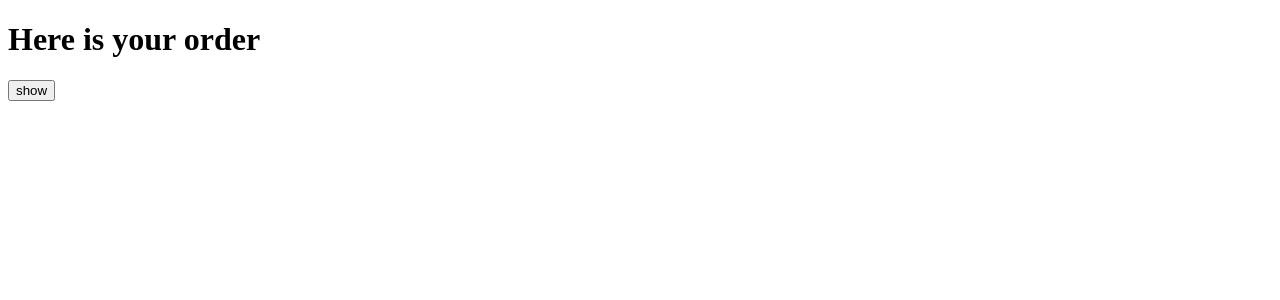
Repository: boschierob/order-app
Page: read.html
The author's editor kept a copy of each file at every save. The page is drawn from the files as they stood at one save, then again after the next save.
The browser window is 1280 px wide. The pictures show the whole page.

Above is the page before, as saved 2023-01-01 18:15:15.

After the next save:
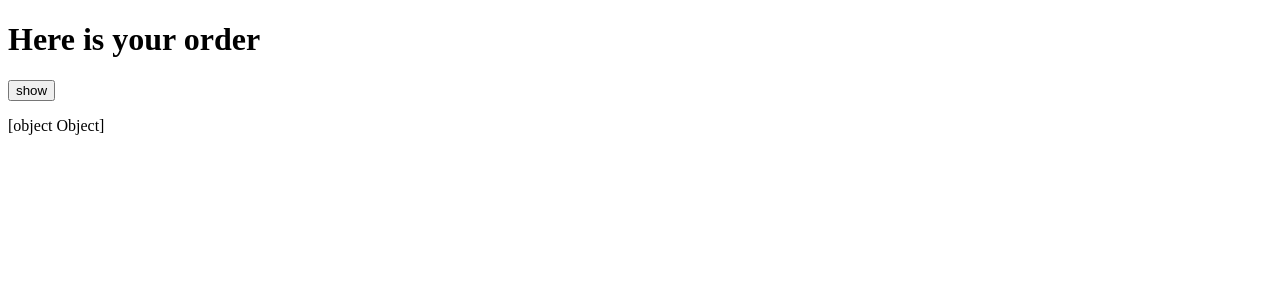
Saved 3 min 19 s later.
--- a/read.html
+++ b/read.html
@@ -20,8 +20,11 @@
     </div>
 
     <script type="text/javascript">
+        const data = {}
+        const dataCanva = document.getElementById("data")
+        dataCanva.innerText = data.toString();
+
         function showData() {
-            const data = {}
             fetch('/show')
                 .then(response => {
                     data = response.json()
@@ -29,7 +32,6 @@
                 })
                 .then(data => console.log(data))
                 .catch(error => console.error(error))
-
         }
     </script>
 </body>
